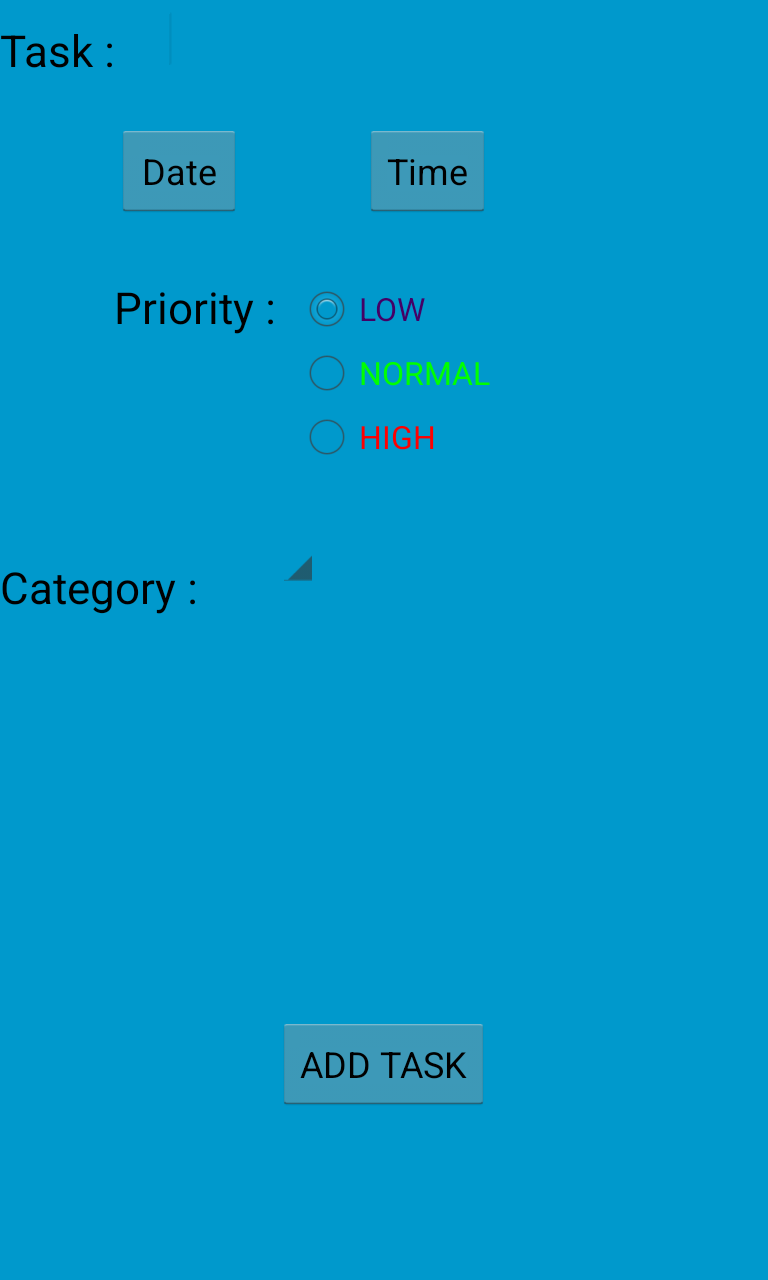
Repository: satyadarls/ToDo
Layout: ToDo/res/layout/customdialog_layout.xml
The author's editor kept a copy of each file at every save. The layout is drawn from the files as they stood at one save, then again after the next save.
It is drawn on a 768 x 1280 px phone screen (xhdpi) without system bars, with theme AppTheme; the app's code is not run.

Above is the layout before, as saved 2014-07-07 17:58:19.

After the next save:
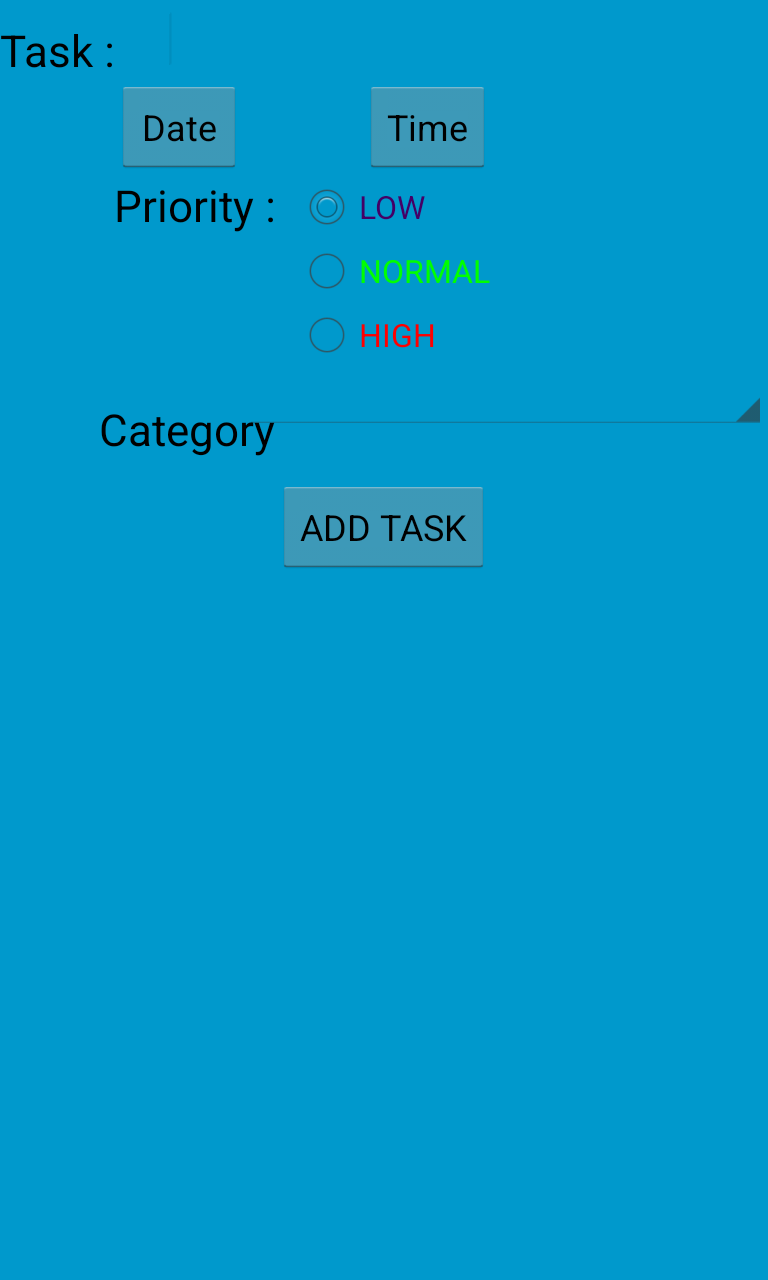
Saved 4 min 19 s later.
--- a/ToDo/res/layout/customdialog_layout.xml
+++ b/ToDo/res/layout/customdialog_layout.xml
@@ -24,15 +24,6 @@
         android:layout_toRightOf="@+id/datebutton"
         android:text="Time" />
 
-    <Button
-        android:id="@+id/datebutton"
-        android:layout_width="wrap_content"
-        android:layout_height="wrap_content"
-        android:layout_below="@+id/dialogTaskText"
-        android:layout_marginTop="22dp"
-        android:layout_toRightOf="@+id/textView1"
-        android:text="Date" />
-
     <EditText
         android:id="@+id/dialogTaskText"
         android:layout_width="wrap_content"
@@ -45,71 +36,78 @@
         <requestFocus />
     </EditText>
 
+    <Button
+        android1:id="@+id/datebutton"
+        android1:layout_width="wrap_content"
+        android1:layout_height="wrap_content"
+        android1:layout_below="@+id/dialogTaskText"
+        android1:layout_toRightOf="@+id/textView1"
+        android1:text="Date" />
+
     <RadioGroup
-        android:id="@+id/radioGroup1"
-        android:layout_width="wrap_content"
-        android:layout_height="wrap_content"
-        android:layout_alignRight="@+id/dialogButton"
-        android:layout_below="@+id/timebutton"
-        android:layout_marginTop="29dp" >
+        android1:id="@+id/radioGroup1"
+        android1:layout_width="wrap_content"
+        android1:layout_height="wrap_content"
+        android1:layout_alignRight="@+id/dialogButton"
+        android1:layout_below="@+id/timebutton" >
 
         <RadioButton
-            android:id="@+id/radio0"
-            android:layout_width="wrap_content"
-            android:layout_height="wrap_content"
-            android:checked="true"
-            android:textColor="#440066"
-            android:text="LOW" />
+            android1:id="@+id/radio0"
+            android1:layout_width="wrap_content"
+            android1:layout_height="wrap_content"
+            android1:checked="true"
+            android1:text="LOW"
+            android1:textColor="#440066" />
 
         <RadioButton
-            android:id="@+id/radio1"
-            android:layout_width="wrap_content"
-            android:layout_height="wrap_content"
-            android:textColor="#00ff00"
-            android:text="NORMAL" />
+            android1:id="@+id/radio1"
+            android1:layout_width="wrap_content"
+            android1:layout_height="wrap_content"
+            android1:text="NORMAL"
+            android1:textColor="#00ff00" />
 
         <RadioButton
-            android:id="@+id/radio2"
-            android:layout_width="wrap_content"
-            android:layout_height="wrap_content"
-            android:textColor="#ff0000"
-            android:text="HIGH" />
+            android1:id="@+id/radio2"
+            android1:layout_width="wrap_content"
+            android1:layout_height="wrap_content"
+            android1:text="HIGH"
+            android1:textColor="#ff0000" />
     </RadioGroup>
 
-    <TextView
-        android:id="@+id/textView2"
-        android:layout_width="wrap_content"
-        android:layout_height="wrap_content"
-        android:layout_alignTop="@+id/radioGroup1"
-        android:layout_toLeftOf="@+id/dialogButton"
-        android:text="Priority :"
-        android:textAppearance="?android:attr/textAppearanceLarge" />
+    <Spinner
+        android1:id="@+id/spinnercategory"
+        android1:layout_width="wrap_content"
+        android1:layout_height="wrap_content"
+        android1:layout_alignParentRight="true"
+        android1:layout_below="@+id/radioGroup1"
+        android1:layout_toRightOf="@+id/datebutton" />
 
     <Button
         android1:id="@+id/dialogButton"
         android1:layout_width="wrap_content"
         android1:layout_height="wrap_content"
-        android1:layout_alignParentBottom="true"
+        android1:layout_below="@+id/spinnercategory"
         android1:layout_centerHorizontal="true"
-        android1:layout_marginBottom="84dp"
+        android1:layout_marginTop="24dp"
         android1:text="ADD TASK" />
 
-    <Spinner
-        android1:id="@+id/spinnercategory"
+    <TextView
+        android1:id="@+id/textView2"
         android1:layout_width="wrap_content"
         android1:layout_height="wrap_content"
-        android1:layout_alignLeft="@+id/dialogButton"
-        android1:layout_below="@+id/radioGroup1"
-        android1:layout_marginTop="28dp" />
+        android1:layout_alignTop="@+id/radioGroup1"
+        android1:layout_toLeftOf="@+id/dialogButton"
+        android1:text="Priority :"
+        android1:textAppearance="?android:attr/textAppearanceLarge" />
 
     <TextView
         android1:id="@+id/textView3"
         android1:layout_width="wrap_content"
         android1:layout_height="wrap_content"
-        android1:layout_alignParentLeft="true"
         android1:layout_alignTop="@+id/spinnercategory"
         android1:layout_marginTop="16dp"
-        android1:text="Category :"
+        android1:layout_toLeftOf="@+id/dialogButton"
+        android1:text="Category"
         android1:textAppearance="?android:attr/textAppearanceLarge" />
 
 </RelativeLayout>
